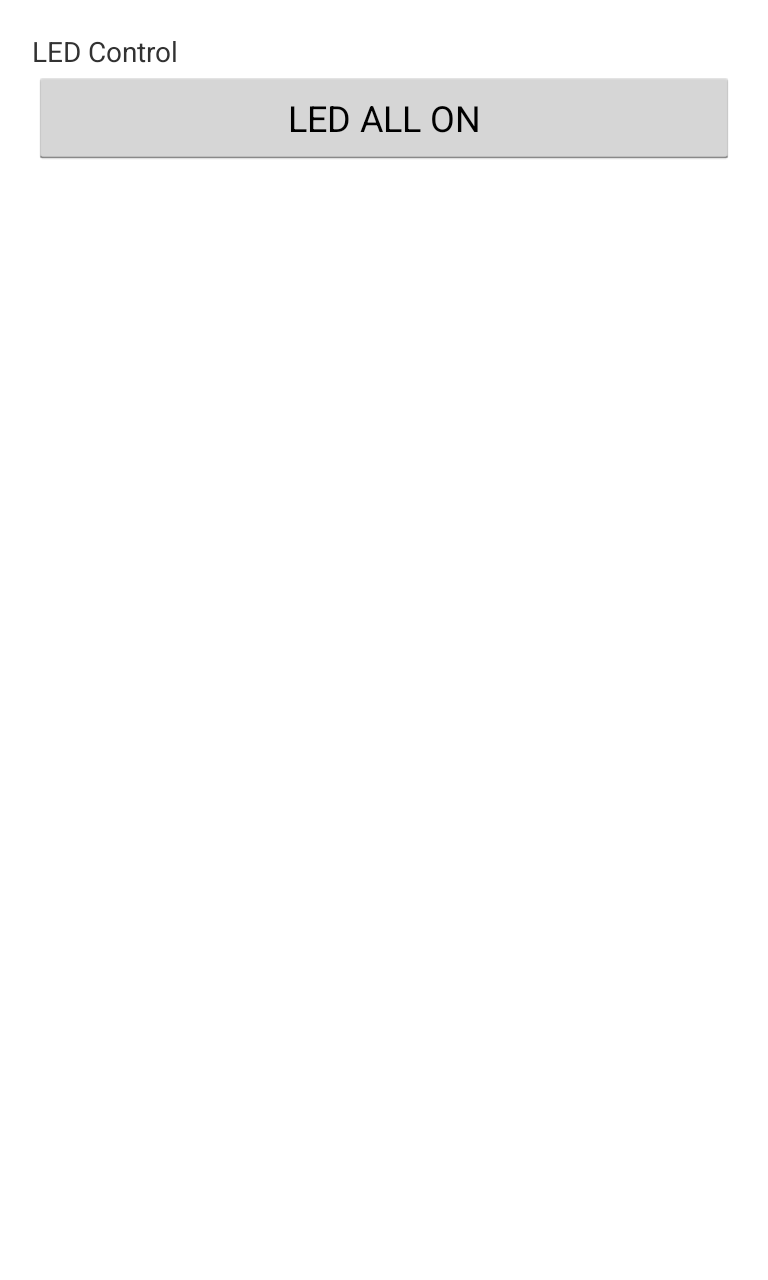
Repository: zgliuyang/android_study
Layout: LedCtrl/res/layout/activity_main.xml
An editor plug-in stored every save of this project. The layout is shown before and after the next save, followed by the edit.
It is drawn on a 768 x 1280 px phone screen (xhdpi) without system bars, with theme AppTheme; the app's code is not run.

Above is the layout before, as saved 2020-05-20 16:25:05.

### LedCtrl/res/layout/activity_main.xml
<LinearLayout xmlns:android="http://schemas.android.com/apk/res/android"
    xmlns:tools="http://schemas.android.com/tools"
    android:layout_width="match_parent"
    android:layout_height="match_parent"
    android:paddingBottom="@dimen/activity_vertical_margin"
    android:paddingLeft="@dimen/activity_horizontal_margin"
    android:paddingRight="@dimen/activity_horizontal_margin"
    android:paddingTop="@dimen/activity_vertical_margin"
    tools:context=".MainActivity"
    android:orientation="vertical" >

    <TextView
        android:layout_width="wrap_content"
        android:layout_height="wrap_content"
        android:text="LED Control" />
    <Button
        android:layout_width="fill_parent"
        android:layout_height="wrap_content"
        android:text="LED ALL ON" />

</LinearLayout>

Loaded but not shown: LedCtrl/res/values/styles.xml (common file); LedCtrl/res/values-v11/styles.xml (common file); LedCtrl/res/values-v14/styles.xml (common file); LedCtrl/res/values/dimens.xml (common file)

After the next save:
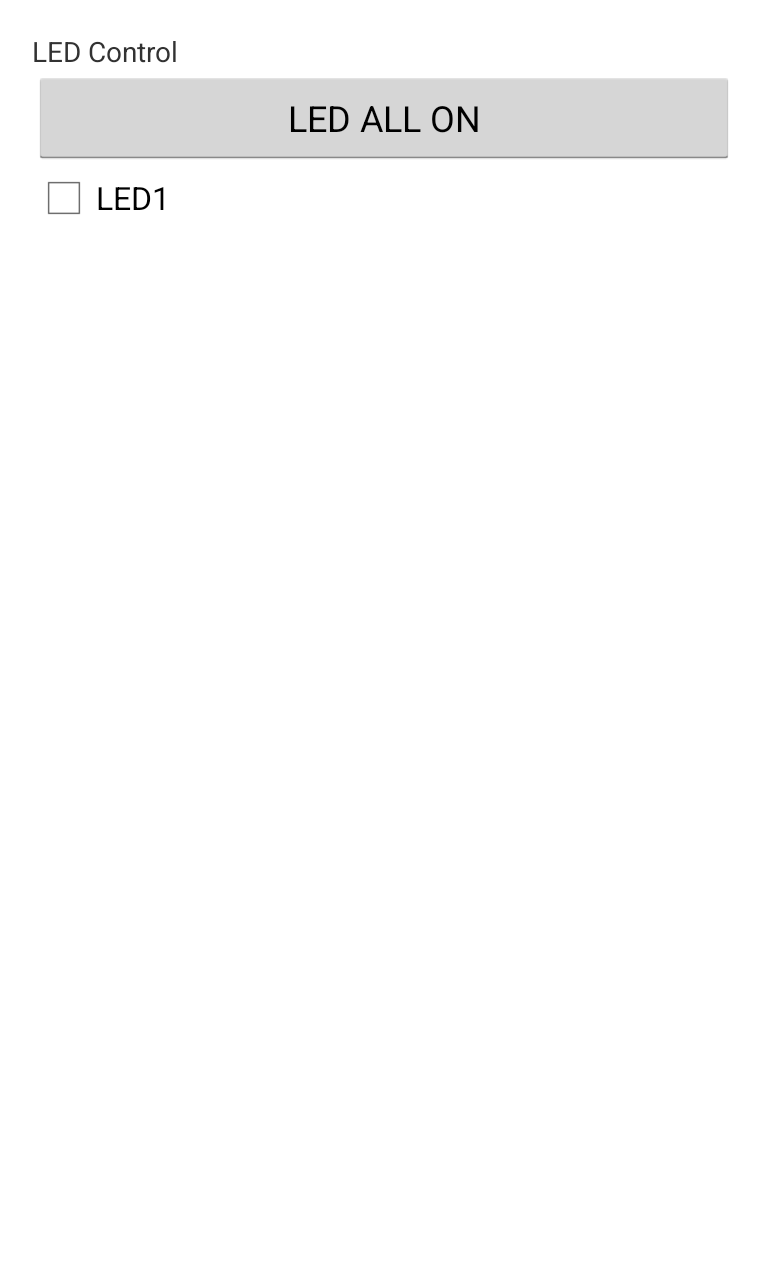
Saved 67 s later.
--- a/LedCtrl/res/layout/activity_main.xml
+++ b/LedCtrl/res/layout/activity_main.xml
@@ -17,5 +17,9 @@
         android:layout_width="fill_parent"
         android:layout_height="wrap_content"
         android:text="LED ALL ON" />
+    <CheckBox
+        android:layout_width="wrap_content"
+        android:layout_height="wrap_content"
+        android:text="LED1" />/>
 
 </LinearLayout>
